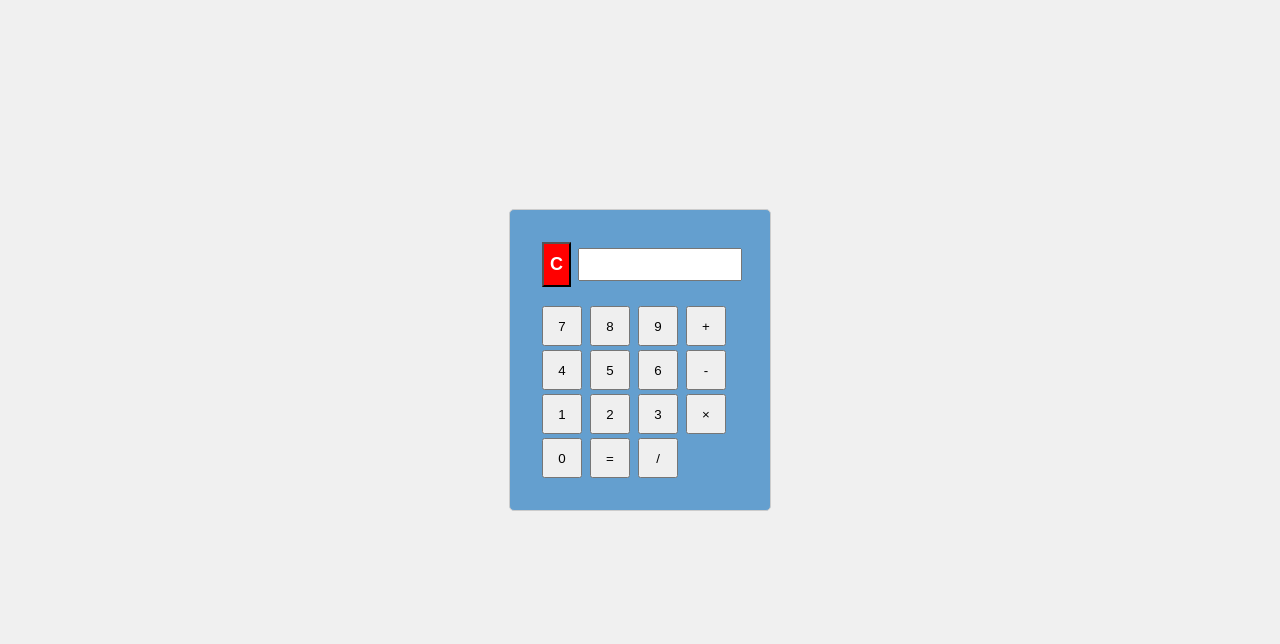
Repository: Burnmyheart/calculator
Page: index.html
These files come from the project's save history. The page is drawn as it stood at one moment and after the next save; the edit follows.
The browser window is 1280 px wide. The pictures show the whole page.

Above is the page before, as saved 2025-04-28 22:38:23.

### index.html
<!DOCTYPE html>
<html lang="en">
  <head>
    <meta charset="UTF-8" />
    <meta name="viewport" content="width=device-width, initial-scale=1.0" />
    <title>Калькулятор</title>
    <link rel="stylesheet" href="style.css" />
  </head>
  <body>
    <div class="calculator">
      <!-- Поле вывода и кнопка сброса -->
      <div class="display-container">
        <button class="clear" onclick="clearDisplay()">C</button>
        <input type="text" id="display" readonly />
      </div>

      <!-- Кнопки калькулятора -->
      <div>
        <button onclick="addNumber('7')">7</button>
        <button onclick="addNumber('8')">8</button>
        <button onclick="addNumber('9')">9</button>
        <button onclick="addOperation('+')">+</button>
      </div>
      <div>
        <button onclick="addNumber('4')">4</button>
        <button onclick="addNumber('5')">5</button>
        <button onclick="addNumber('6')">6</button>
        <button onclick="addOperation('-')">-</button>
      </div>
      <div>
        <button onclick="addNumber('1')">1</button>
        <button onclick="addNumber('2')">2</button>
        <button onclick="addNumber('3')">3</button>
        <button onclick="addOperation('*')">×</button>
      </div>
      <div>
        <button onclick="addNumber('0')">0</button>
        <button onclick="calculate()">=</button>
        <button onclick="addOperation('/')">/</button>
      </div>
    </div>

    <script src="calculator.js"></script>
  </body>
</html>

### style.css
/* Базовые стили для читаемости */
body {
  display: flex;
  justify-content: center;
  align-items: center;
  min-height: 100vh;
  margin: 0;
  background-color: #f0f0f0;
}

.calculator {
  background-color: #649fcf;
  padding: 30px;
  border: 1px solid #ccc;
  border-radius: 5px;
  width: 200px;
}

.display-container {
  margin-bottom: 15px;
  display: flex;
  align-items: center;
}

#display {
  width: 150px;
  height: 25px;
  margin-left: 5px;
  padding: 2px 5px;
  text-align: right;
}

button {
  width: 40px;
  height: 40px;
  margin: 2px;
}

.clear {
  background-color: red;
  color: white;
  width: 45px;
  height: 45px;
  font-size: 18px;
  font-weight: bold;
}

### calculator.js
// Получаем элемент дисплея
const display = document.getElementById("display");

// Переменные для хранения данных
let firstNumber = "";
let operator = "";
let newNumber = false;

// Добавление цифры
function addNumber(num) {
  if (newNumber) {
    display.value = num;
    newNumber = false;
  } else {
    display.value += num;
  }
}

// Добавление операции
function addOperation(op) {
  // Проверяем, что есть число для операции
  if (display.value === "") {
    display.value = "Ошибка: введите число";
    return;
  }
  // Если уже есть операция, выполняем её
  if (firstNumber && operator) {
    calculate();
  }
  firstNumber = display.value;
  operator = op;
  newNumber = true;
}

// Вычисление результата
function calculate() {
  // Проверяем наличие всех необходимых данных
  if (!firstNumber || !operator || !display.value) {
    display.value = "Ошибка: неполное выражение";
    return;
  }

  let result;
  let a = parseFloat(firstNumber);
  let b = parseFloat(display.value);

  switch (operator) {
    case "+":
      result = a + b;
      break;
    case "-":
      result = a - b;
      break;
    case "*":
      result = a * b;
      break;
    case "/":
      if (b === 0) {
        display.value = "Ошибка: деление на ноль";
        firstNumber = "";
        operator = "";
        newNumber = true;
        return;
      }
      result = a / b;
      break;
  }

  display.value = result;
  firstNumber = "";
  operator = "";
  newNumber = true;
}

// Очистка дисплея
function clearDisplay() {
  display.value = "";
  firstNumber = "";
  operator = "";
  newNumber = false;
}

After the next save:
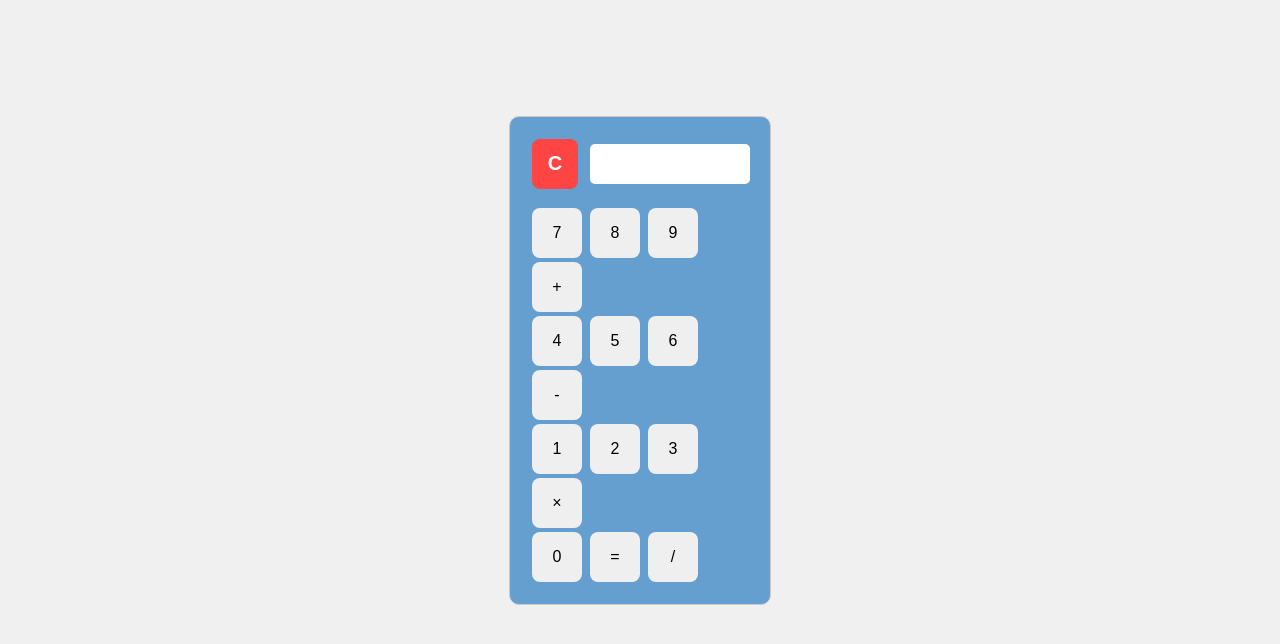
Saved 49 s later.
--- a/style.css
+++ b/style.css
@@ -10,37 +10,44 @@ body {
 
 .calculator {
   background-color: #649fcf;
-  padding: 30px;
+  padding: 20px;
   border: 1px solid #ccc;
-  border-radius: 5px;
-  width: 200px;
+  border-radius: 10px;
+  width: 220px;
 }
 
 .display-container {
   margin-bottom: 15px;
   display: flex;
   align-items: center;
+  gap: 10px;
 }
 
 #display {
   width: 150px;
-  height: 25px;
-  margin-left: 5px;
-  padding: 2px 5px;
+  height: 30px;
+  padding: 5px;
   text-align: right;
+  border-radius: 5px;
+  border: none;
+  font-size: 16px;
 }
 
 button {
-  width: 40px;
-  height: 40px;
+  width: 50px;
+  height: 50px;
   margin: 2px;
+  border: none;
+  border-radius: 8px;
+  cursor: pointer;
+  font-size: 16px;
 }
 
 .clear {
-  background-color: red;
+  background-color: #ff4444;
   color: white;
-  width: 45px;
-  height: 45px;
-  font-size: 18px;
+  width: 50px;
+  height: 50px;
+  font-size: 20px;
   font-weight: bold;
 }
